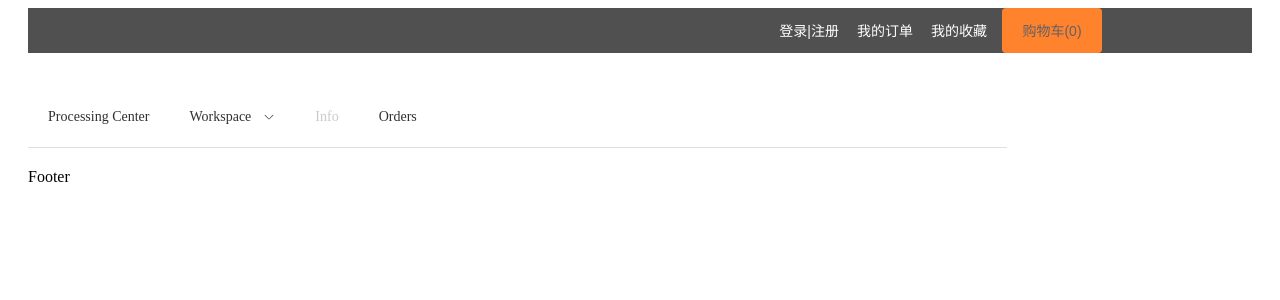
Repository: zhenghaochang/---
Page: / (app in xiaomi/)
The author's editor kept a copy of each file at every save. The page is drawn from the files as they stood at one save, then again after a run of saves.
The browser window is 1280 px wide. The pictures show the whole page.
The project was rebuilt for these pictures with package versions that can differ from the ones it lists, and the page was loaded fresh each time. Also part of the build but not shown: xiaomi/vite.config.js.

Above is the page before, as saved 2025-07-31 10:02:57.

### xiaomi/src/main.js
import { createApp } from 'vue';
import ElementPlus from 'element-plus';
import 'element-plus/dist/index.css';
import router from './router/router';
import App from './App.vue';
import * as ElementPlusIconsVue from '@element-plus/icons-vue';
import { createPinia } from 'pinia';
import piniaPluginPersistedstate from 'pinia-plugin-persistedstate'
const app = createApp(App);
const pinia = createPinia();
pinia.use(piniaPluginPersistedstate)
app.use(pinia);
for (const [key, component] of Object.entries(ElementPlusIconsVue)) {
    app.component(key, component);
}
app.use(router);
app.use(ElementPlus);
app.mount('#app');

### xiaomi/src/router/router.js
import {createRouter,createWebHashHistory} from 'vue-router'

let router = createRouter({
    history:createWebHashHistory(),
    routes:[
        {
            path:"/",
            component:()=>import('../components/main.vue')
        }
    ]
})

export default router

### xiaomi/src/App.vue
<script setup>
import Menu from '../src/components/menu.vue'


</script>

<template>
    <div>
        <el-container>
            <el-header class="header"><Menu></Menu></el-header>
            <el-main class="main"><router-view></router-view></el-main>
            <el-footer>Footer</el-footer>
        </el-container>
    </div>
</template>

<style scoped>
.header{
/*     background-color: blue; */
    width:100%
}
/* .main{
    background-color: blue;
    width: 100%;
    display:flex;
    flex-direction: column;
    justify-content: center;
} */
</style>

### xiaomi/src/components/main.vue
<script setup>

</script>

<template>
    <div class="base_div">
        <div>
            <el-menu
                :default-active="activeIndex"
                class="el-menu-demo"
                mode="horizontal"
                @select="handleSelect"
                style="width:80%"
            >
                <el-menu-item index="1">Processing Center</el-menu-item>
                <el-sub-menu index="2">
                <template #title>Workspace</template>
                <el-menu-item index="2-1">item one</el-menu-item>
                <el-menu-item index="2-2">item two</el-menu-item>
                <el-menu-item index="2-3">item three</el-menu-item>
                <el-sub-menu index="2-4">
                    <template #title>item four</template>
                    <el-menu-item index="2-4-1">item one</el-menu-item>
                    <el-menu-item index="2-4-2">item two</el-menu-item>
                    <el-menu-item index="2-4-3">item three</el-menu-item>
                </el-sub-menu>
                </el-sub-menu>
                <el-menu-item index="3" disabled>Info</el-menu-item>
                <el-menu-item index="4">Orders</el-menu-item>
            </el-menu>
        </div>
    </div>
</template>

<style scoped>
.base_div{
    width: 100%;

}
</style>

### xiaomi/src/components/menu.vue
<script setup>
import {ref,reactive} from 'vue'
import request from '../request/index'
import { ElMessage } from 'element-plus'
import {useUserStore} from '../store/index'


const store = useUserStore()


const loginVisible = ref(false)
const registVisible = ref(false)

const loginForm = ref({
    username:'',
    password:''
})

const registForm = ref({
    username:'',
    password:'',
    rePassword:'',
    name:''
})

const user = ref({
    id:0,
    username:'',
    name:'',
    numInCart:0,
    token:''
})

const loginFormRef = ref()
const registFormRef = ref()

const validateUsername = (rule,value,callback)=>{
    if(value.length==0){
      callback(new Error("用户名不能为空"))
    }else{
      callback()
    }
  }

  const validatePassword = (rule,value,callback)=>{
    if(value.length<4){
      callback(new Error("密码小于4位"))
    }else{
      callback()
    }
  }

  const validateRePassword = (rule,value,callback)=>{
    if(value.length<4){
      callback(new Error("密码小于4位"))
    }else{
      if(value != registForm.value.password){
        callback(new Error("密码不一致"))
      }else{
        callback()
      }
    }
  }

  const rules = {
    username:[{required:true,message:'用户名不能为空',validator:validateUsername}],
    password:[{required:true,message:'密码必须大于4位',validator:validatePassword}],
    rePassword:[{required:true,validator:validateRePassword}]
  }


async function login(){
    const valid = await loginFormRef.value.validate
    if(valid){
        let {data} = await request.post("/user/login",loginForm.value)
        if(data.code == 200){
            ElMessage.success('登录成功')
            user.value = data.data
            store.changeInfo(user.value)
            loginVisible.value = false
        }else{
            ElMessage.error(data.msg)
        }
    }
}

async function regist(){
    const valid = await registFormRef.value.validate
    if(valid){
        let {data} = await request.post("/user/regist",registForm.value)
        if(data.code == 200){
            ElMessage.success('注册成功')
            registVisible.value = false
            loginVisible.value = true
        }else{
            ElMessage.error(data.msg)
        }
    }
}

</script>

<template>
    <div class="base_div">
        <el-button color="rgb(80,80,80)" @click="loginVisible = true" v-if="store.id==0" link>登录|注册</el-button>
        <div style="display:flex;align-items:center;margin-right:10px" v-else>
            <el-button color="rgb(80,80,80)" link>欢迎{{store.name}}</el-button>
            <el-button color="rgb(80,80,80)" @click="()=>{store.logout(),ElMessage.success('已退出')}" link>退出登录</el-button>
        </div>
        <el-button color="rgb(80,80,80)" link>我的订单</el-button>
        <el-button color="rgb(80,80,80)" link>我的收藏</el-button>
        <el-button  style="background-color:rgb(255,130, 45);margin-right:150px;width:100px"  link>购物车({{store.numInCart}})</el-button>

        <!-- 登录窗口 -->
        <el-dialog v-model="loginVisible"  title="登录" width="300">
            <el-form :model="loginForm" ref="loginFormRef" :rules="rules">
                <el-form-item label="用户名" prop="username" :label-width="70">
                    <el-input v-model="loginForm.username" autocomplete="off" />
                </el-form-item>
                <el-form-item label="密码" prop="password" :label-width="70">
                    <el-input v-model="loginForm.password" autocomplete="off" type="password" show-password />
                </el-form-item>
            </el-form>
            <template #footer>
                <div style="display:flex;justify-content:space-between;align-items:center">
                    <el-button type="warning" @click="registVisible = true">注册</el-button>
                    <div>
                        <el-button @click="loginVisible = false">取消</el-button>
                        <el-button type="primary" @click="login">
                        登录
                        </el-button>
                    </div>

                </div>
            </template>
        </el-dialog>
        <!-- 登录窗口END -->
        <!-- 注册窗口 -->
        <el-dialog v-model="registVisible"  title="注册" width="350">
            <el-form :model="registForm" ref="registFormRef" :rules="rules">
                <el-form-item label="用户名" prop="username" :label-width="80">
                    <el-input v-model="registForm.username" autocomplete="off" />
                </el-form-item>
                <el-form-item label="密码" prop="password" :label-width="80">
                    <el-input v-model="registForm.password" autocomplete="off" type="password" show-password />
                </el-form-item>
                <el-form-item label="确认密码" prop="rePassword" :label-width="80">
                    <el-input v-model="registForm.rePassword" autocomplete="off" type="password" show-password />
                </el-form-item>
                <el-form-item label="姓名"  :label-width="80">
                    <el-input v-model="registForm.name" autocomplete="off"  />
                </el-form-item>
            </el-form>
            <template #footer>
                <div style="">
                    <div>
                        <el-button @click="registVisible = false">取消</el-button>
                        <el-button type="primary" @click="regist">
                        注册
                        </el-button>
                    </div>

                </div>
            </template>
        </el-dialog>
        <!-- 注册窗口END -->
    </div>
</template>

<style scoped>
.base_div{
    background-color:rgb(80,80,80);
    width:100%;
    height:45px;
    display: flex;
    justify-content:flex-end;
}
</style>

### xiaomi/src/request/index.js
import axios from 'axios'


const request = axios.create({
    baseURL:'http://localhost:8080',
    timeout:10000
})









export default request

### xiaomi/src/store/index.js
import {defineStore} from 'pinia'

const user = {
    id:0,
    username:'',
    name:'',
    numInCart:0,
    token:''
}

export const useUserStore = defineStore('userInfo',{
    state:()=>({
        id:0,
        username:'',
        name:'',
        numInCart:0,
        token:''
    }),
    getters:{},
    actions:{
        changeInfo(user){
            this.id = user.id,
            this.username = user.username,
            this.name = user.name,
            this.numInCart = user.numInCart,
            this.token = user.token
        },
        logout(){
            this.id = 0,
            this.username = '',
            this.name = '',
            this.numInCart = 0,
            this.token = ''
        }
    },
    persist: true
}
)

Loaded but not shown: xiaomi/index.html (common file)

After the next 2 saves:
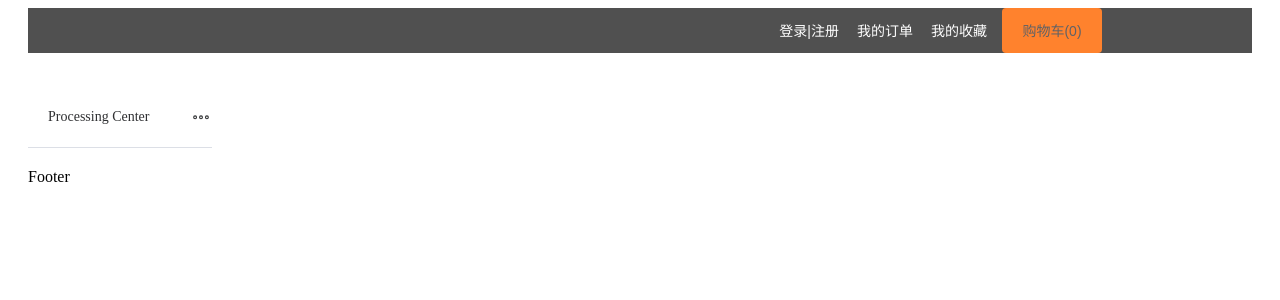
The 2 saves are shown as one change because 1 did not build or start.
The last was saved 9 s later.
--- a/xiaomi/src/components/main.vue
+++ b/xiaomi/src/components/main.vue
@@ -35,6 +35,7 @@
 <style scoped>
 .base_div{
     width: 100%;
-
+    display:flex;
+    flex-direction: ;
 }
 </style>

After the 2 saves that followed:
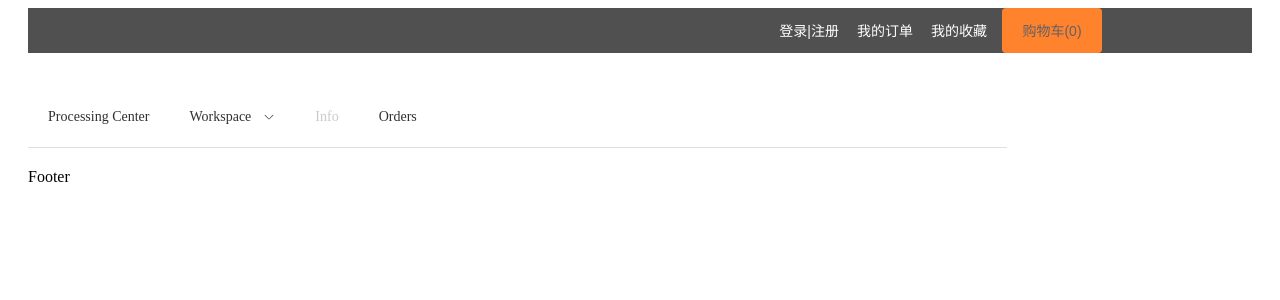
The 2 saves are shown as one change because they came seconds apart.
The last was saved 6 s later.
--- a/xiaomi/src/components/main.vue
+++ b/xiaomi/src/components/main.vue
@@ -36,6 +36,7 @@
 .base_div{
     width: 100%;
     display:flex;
-    flex-direction: ;
+    flex-direction: column;
+    justify-content: center;
 }
 </style>
